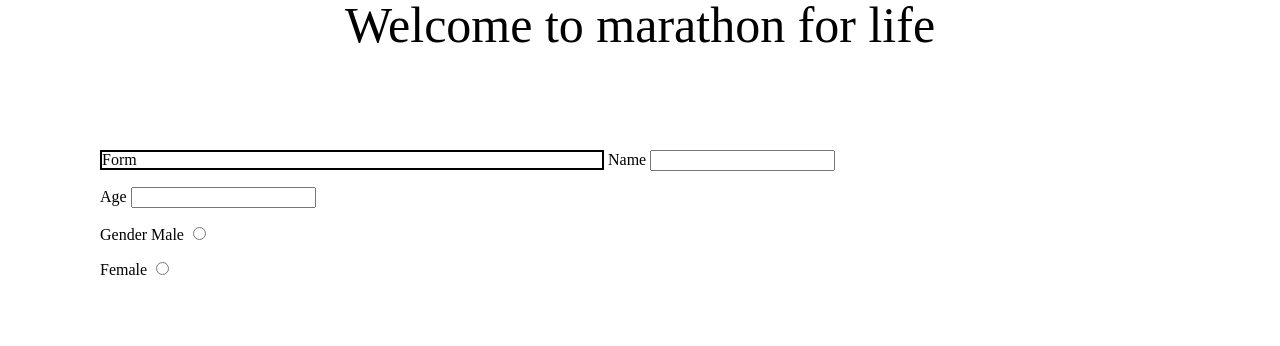
Repository: Razan-am/exam-practice
Page: marathon.html
These files come from the project's save history. The page is drawn as it stood at one moment and after the next save; the edit follows.
The browser window is 1280 px wide. The pictures show the whole page.

Above is the page before, as saved 2021-05-31 14:24:40.

After the next save:
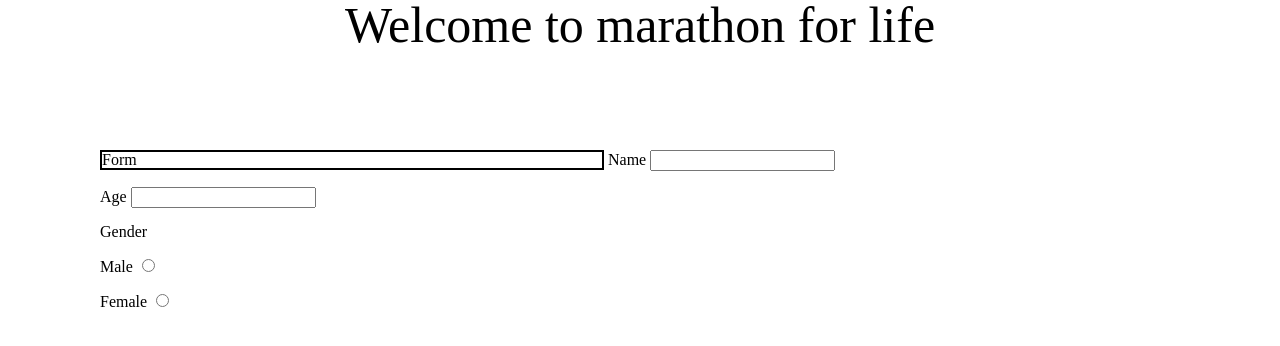
Saved 8 s later.
--- a/marathon.html
+++ b/marathon.html
@@ -22,6 +22,7 @@
             <input type="number" id="age" name="age">
             <br/><br/>
             <label for="">Gender</label>
+            <br/><br/>
             <label for="gender">Male</label>
             <input type="radio" id="male" name="gender" value="male">
             <br/><br/>
